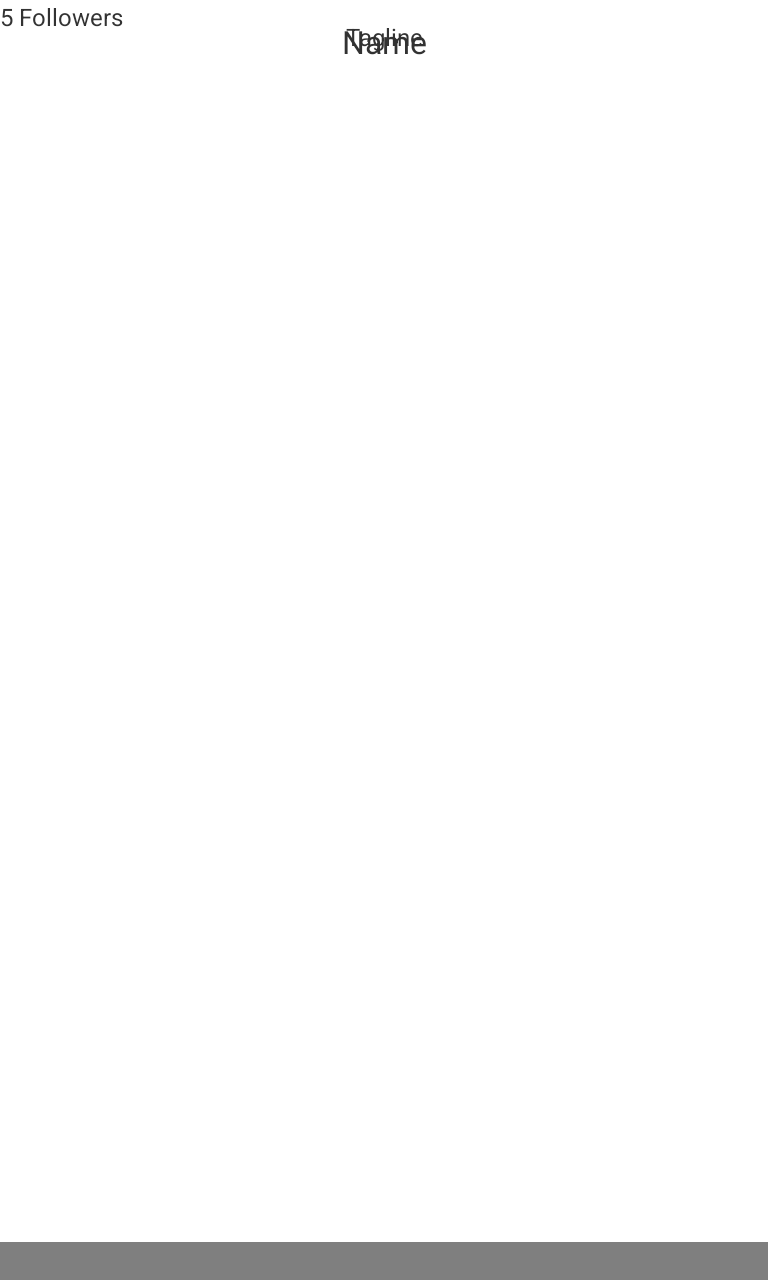
Repository: patilsnehal/AndroidBootCampProjects
Layout: TwitterClientApp/SimpleTwitterClient/res/layout/activity_profile.xml
These files come from the project's save history. The layout is drawn as it stood at one moment and after the next save; the edit follows.
Pictures or frames that could not be fetched are drawn as grey boxes. It is drawn on a 768 x 1280 px phone screen (xhdpi) without system bars, with theme AppTheme; the app's code is not run.

Above is the layout before, as saved 2014-09-28 23:07:05.

After the next save:
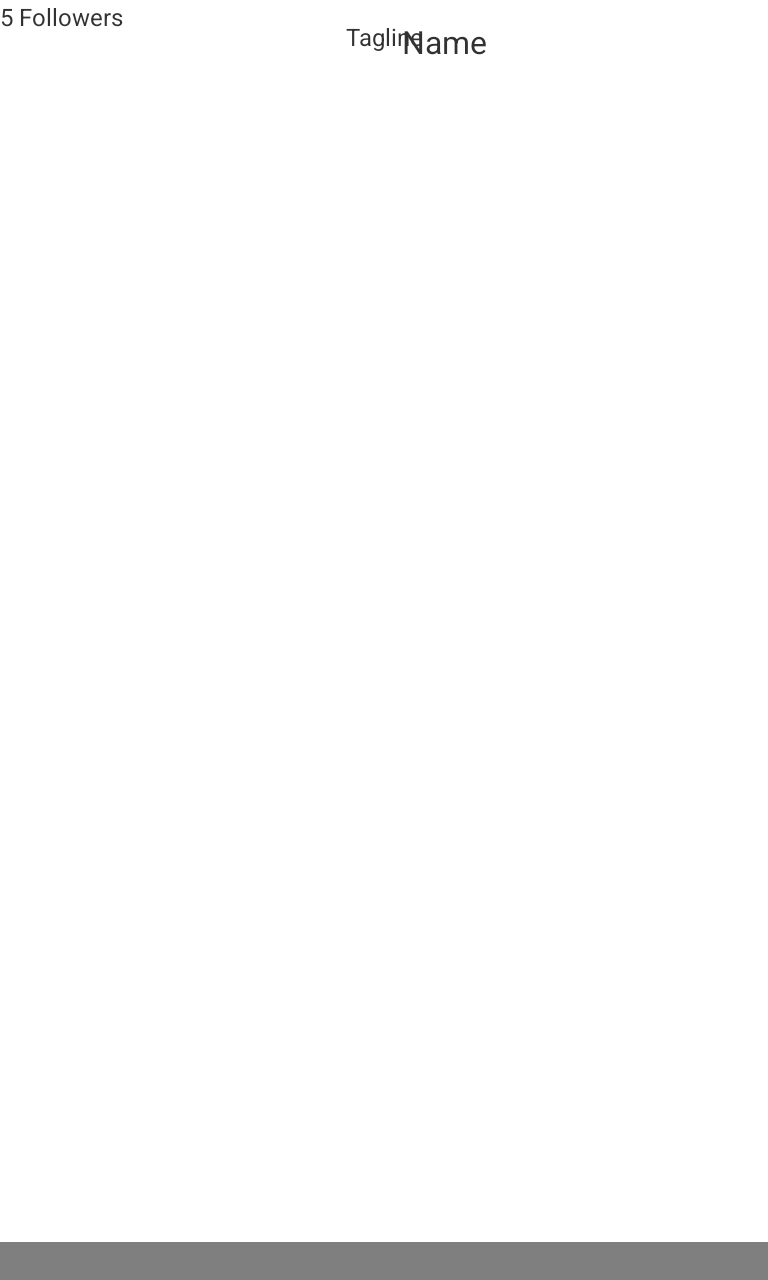
Saved 75 s later.
--- a/TwitterClientApp/SimpleTwitterClient/res/layout/activity_profile.xml
+++ b/TwitterClientApp/SimpleTwitterClient/res/layout/activity_profile.xml
@@ -24,7 +24,7 @@
             android:layout_width="match_parent"
             android:layout_height="wrap_content"
             android:layout_marginTop="10dp"
-            android:layout_toRightOf="+id/ivImageView"
+            android:layout_toRightOf="@+id/ivImageView"
             android:gravity="center"
             android:text="Name"
             android:textSize="16sp" />
